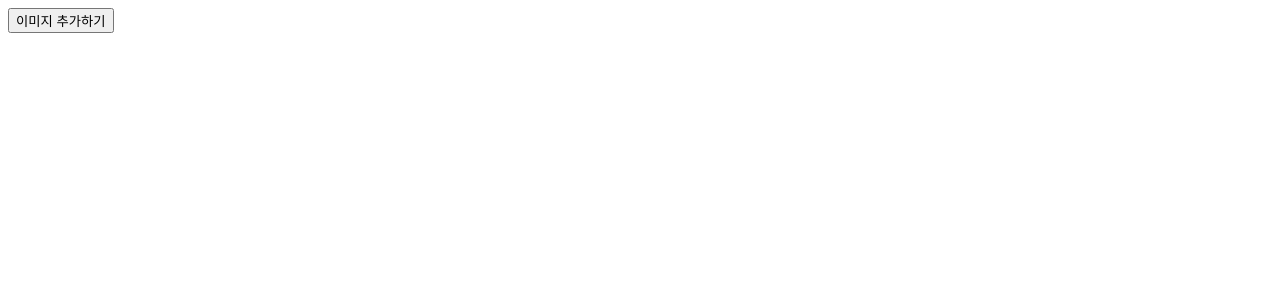
Repository: qkr5318/JSP_STUDY
Page: SIXTH_JSP/WebContent/study01/jQuery5.html
These files come from the project's save history. The page is drawn as it stood at one moment and after the next save; the edit follows.
The browser window is 1280 px wide. The pictures show the whole page.

Above is the page before, as saved 2023-01-06 06:00:25.

### SIXTH_JSP/WebContent/study01/jQuery5.html
<!DOCTYPE html>
<html lang="ko">
<head>
<meta charset="UTF-8">
<meta name="viewport" content="width=device-width, initial-scale=1.0" />
<title>jQuery5.html 소스코딩</title>
<!-- jQuery는 파일 연계 방식 또는 CDN 연계 방식으로 활용이 가능하며,
          여기서는 CDN 연계 방식으로 활용합니다. -->
<script  src="http://code.jquery.com/jquery-latest.min.js"></script>



<script type="text/javascript">
	function addImage(){
		//버튼 클릭시 div 엘리먼트(태그)에 직접 접근하여 img 태그를 추가합니다.
		$("div").html("<img src='../image/duke.png'/>");
}
</script>
</head>
<body>
	<!-- div 엘리먼트(태그) 영역을 구성해 줍니다. -->
	<div></div>
	<!-- 버튼 클릭시 addImage() 함수를 호출합니다. -->
	<input type="button" value="이미지 추가하기" onclick="addImage()"/>
</body>
</html>

After the next save:
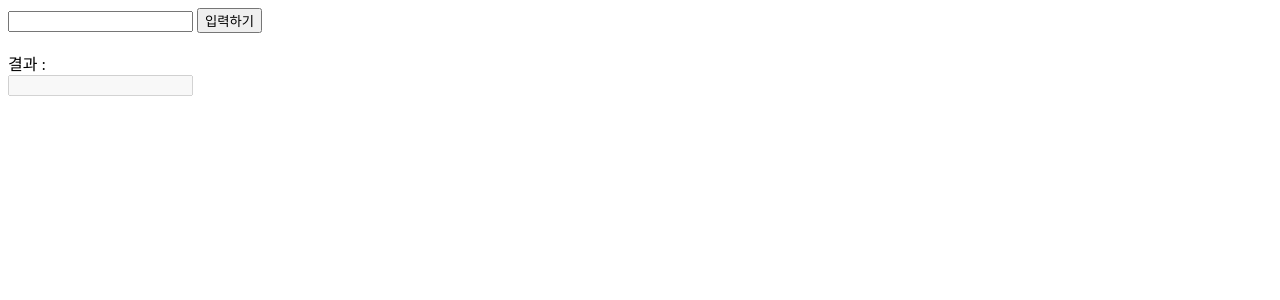
Saved 5 min 5 s later.
--- a/SIXTH_JSP/WebContent/study01/jQuery5.html
+++ b/SIXTH_JSP/WebContent/study01/jQuery5.html
@@ -8,19 +8,32 @@
           여기서는 CDN 연계 방식으로 활용합니다. -->
 <script  src="http://code.jquery.com/jquery-latest.min.js"></script>
 
+<!-- 사용자가 텍스트 박스에 입력한 내용을 제이쿼리 id 선택자를 이용해서
+	가져온 후 다시 텍스트 박스에 출력하는 내용입니다. 제이쿼리의 val() 메서드는
+	해당 엘리먼(태그)의 값을 가져오거나 엘리먼트(태그)로 값을 출력하는 기능을 합니다. -->
+<script type="text/javascript">
+	function gn_process(){
+	// 제이쿼리에 id t_input로 텍스트 박스에 접근하여
+	// val()메서드를 이용해서 입력 값을 가져 옵니다.
+	var value = $("#t_input").val();
+	// 제이쿼리에서 id t_output로 텍스트 박스에 접근하여
+	// val() 메서드를 이용해서 값을 출력합니다.
+	$("#t_output").val(value);
 
 
-<script type="text/javascript">
-	function addImage(){
-		//버튼 클릭시 div 엘리먼트(태그)에 직접 접근하여 img 태그를 추가합니다.
-		$("div").html("<img src='../image/duke.png'/>");
-}
+	}
 </script>
 </head>
 <body>
-	<!-- div 엘리먼트(태그) 영역을 구성해 줍니다. -->
-	<div></div>
-	<!-- 버튼 클릭시 addImage() 함수를 호출합니다. -->
-	<input type="button" value="이미지 추가하기" onclick="addImage()"/>
+	<input type="text" id="t_input"/>
+	<input type="button" value="입력하기" onclick="fn_process()"/>
+	<br> <br>
+	<div>
+		결과 : <br>
+		<!-- input 태그의 disabled 속성을 적용해서 값 변경을 못하게 적용함 -->
+		<input type="text" id="t_input" disabled="disabled">
+	</div>
+
+
 </body>
 </html>
